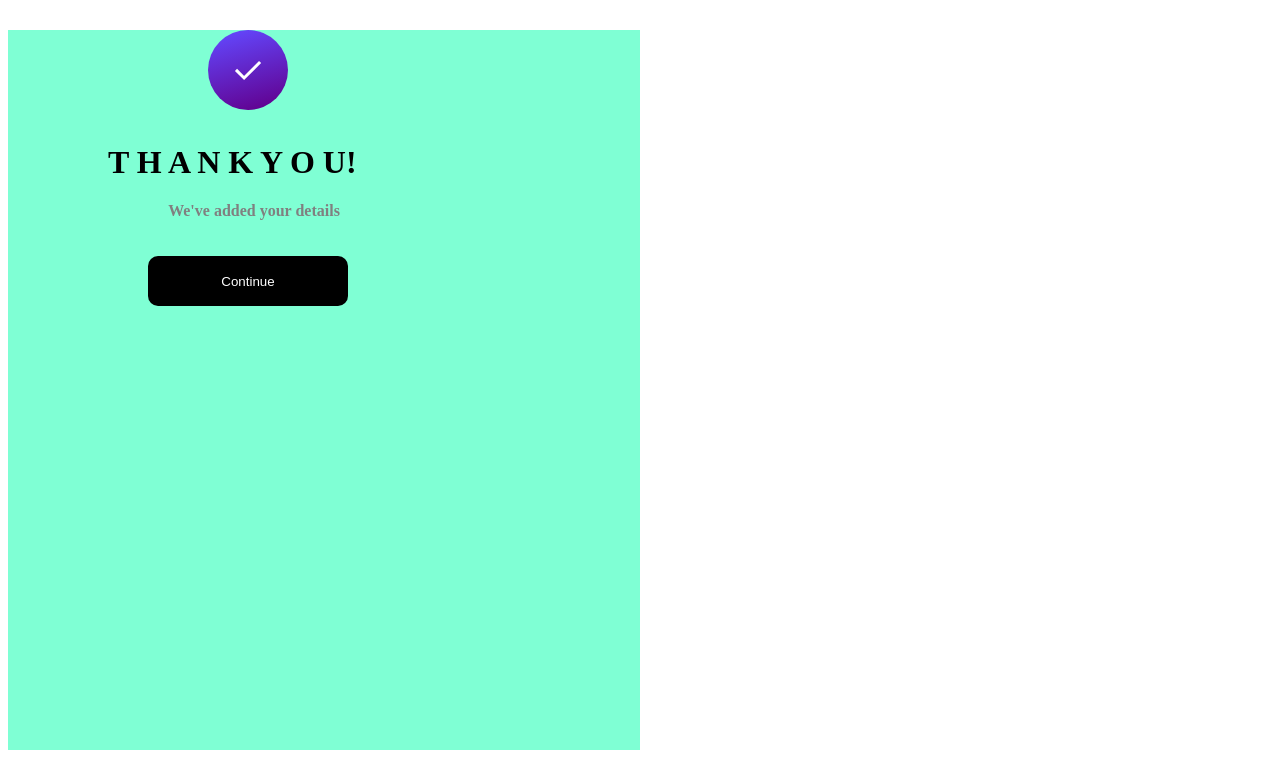
Repository: Abhi2359/frontendchallenge-1
Page: /
The author's editor kept a copy of each file at every save. The page is drawn from the files as they stood at one save, then again after a run of saves.
The browser window is 1280 px wide. The pictures show the whole page.
The project was rebuilt for these pictures with package versions that can differ from the ones it lists, and the page was loaded fresh each time.

Above is the page before, as saved 2023-02-15 17:45:24.

After the next 2 saves:
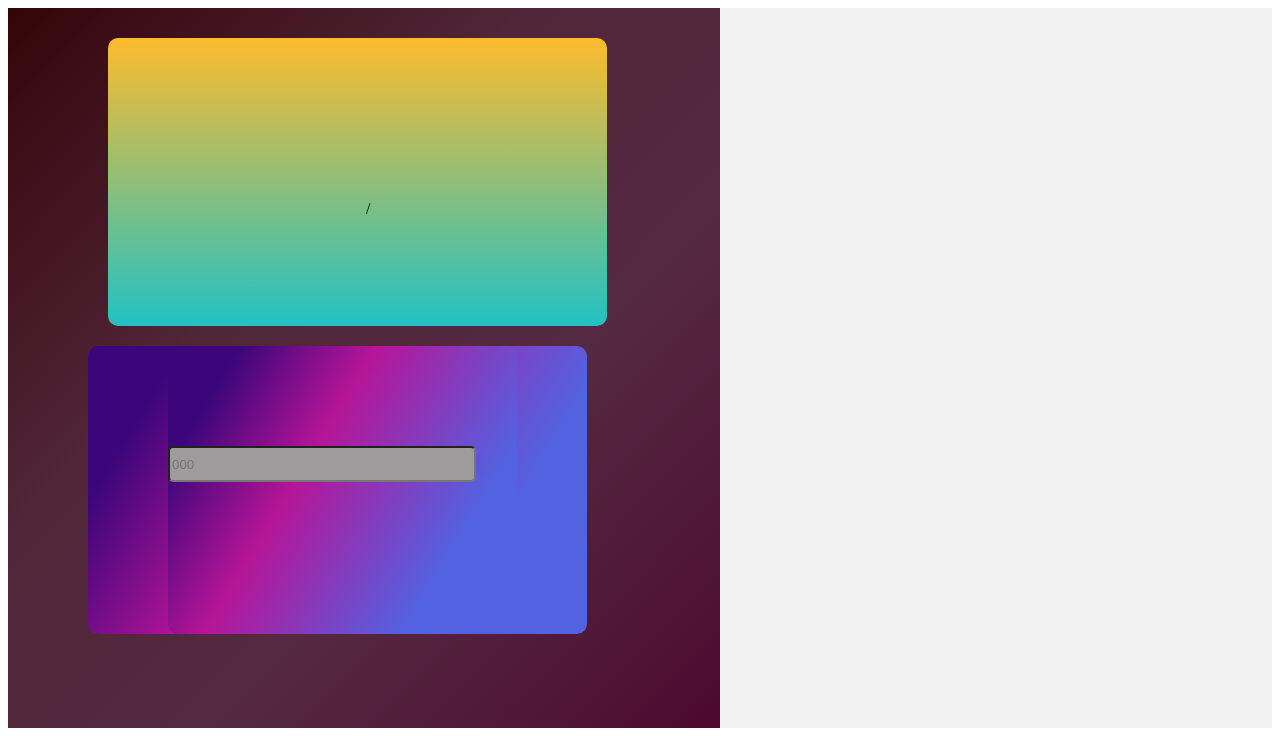
The 2 saves are shown as one change because they came seconds apart.
The last was saved 16 s later.
--- a/src/App.js
+++ b/src/App.js
@@ -7,9 +7,9 @@ function App() {
   return (
     <div className="App">
 
-      <Compelete/>
+
+      <Layout/>
     {/*
-      <Layout/>
       <Added/>
 
     <Card1/>
